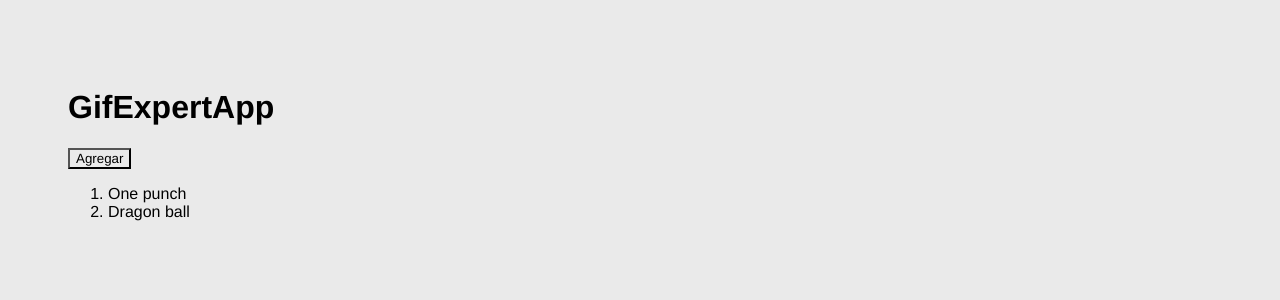
Repository: mmg0206/react-gif-expert
Page: /
These files come from the project's save history. The page is drawn as it stood at one moment and after the next save; the edit follows.
The browser window is 1280 px wide. The pictures show the whole page.
The project was rebuilt for these pictures with package versions that can differ from the ones it lists, and the page was loaded fresh each time. Also part of the build but not shown: vite.config.js.

Above is the page before, as saved 2024-04-13 19:17:00.

### src/main.jsx
import React from 'react'
import ReactDOM from 'react-dom/client'
import { GifExpertApp } from './GifExpertApp.jsx'
import './styles.css';


ReactDOM.createRoot(document.getElementById('root')).render(
  <React.StrictMode>
    <GifExpertApp/>
  </React.StrictMode>
)

### src/GifExpertApp.jsx
import { useState } from "react";
import AddCategory from "./components/AddCategory";

export const GifExpertApp = () => {
  // const apiKey ='Ls33XwmjLip5m9fo9lFfzjgpz7a8Isa8';
  const [categories, setCategories] = useState(['One punch', 'Dragon ball']);

  const onAddCategory =(newValue)=>{
    setCategories(categories.concat(newValue));
  }


  return (
    <>
      {/* titulo */}
      <h1>GifExpertApp</h1>

      {/* input */}
      <AddCategory />

      {/* listado de gifs */}
      <button onClick={()=>onAddCategory('Valorant')}>Agregar</button>
      <ol>
        {
          categories.map(el =>{
              return <li key={el}>{el}</li>
          })
        }
      </ol>
        {/* Gif item */}
    </>
  )
}

### src/components/AddCategory.jsx

const AddCategory = () => {
  return (
    <div>

    </div>
  )
}

export default AddCategory

Loaded but not shown: index.html (common file); src/styles.css (common file)

After the next save:
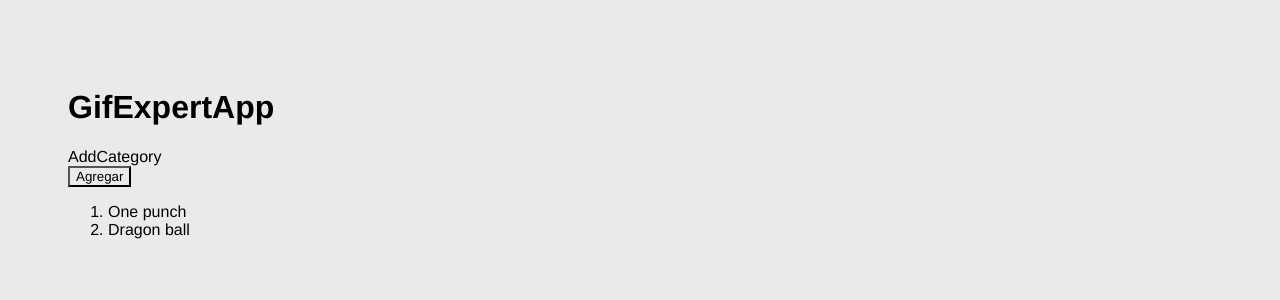
Saved 41 s later.
--- a/src/components/AddCategory.jsx
+++ b/src/components/AddCategory.jsx
@@ -2,7 +2,7 @@
 const AddCategory = () => {
   return (
     <div>
-
+      AddCategory
     </div>
   )
 }
